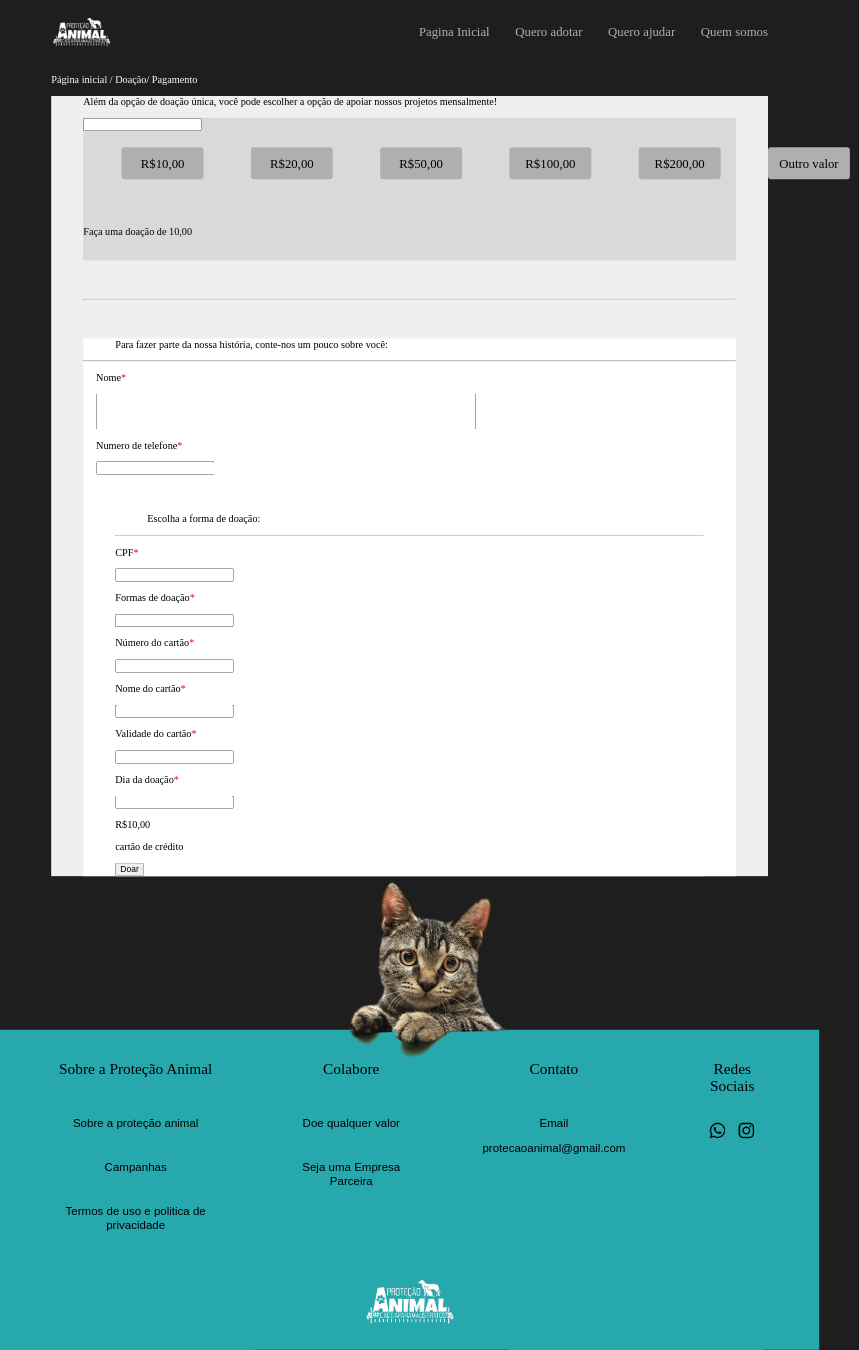
Repository: edjunior-nascimento/protecao-animal-web
Page: src/pages/formulario-doacao/index.html
These files come from the project's save history. The page is drawn as it stood at one moment and after the next save; the edit follows.
The browser window is 1280 px wide. The page is 1342 px wide, so the pictures cover 1342 px, including what lies to the right of the window. The pictures show the whole page, at 64% of full size.

Above is the page before, as saved 2025-03-07 03:37:08.

### src/pages/formulario-doacao/index.html
<!DOCTYPE html>
<html lang="pt">

<head>
    <meta charset="UTF-8">
    <meta name="viewport" content="width=device-width, initial-scale=1.0">
    <title>Proteção Animal</title>
    <link rel="preconnect" href="https://fonts.googleapis.com" />
    <link rel="preconnect" href="https://fonts.gstatic.com" crossorigin />
    <meta name="viewport" content="width=device-width, initial-scale=1.0" />
    <link rel="stylesheet" href="./style.css" />
    <link>
</head>

<body>
    <header>
        <div><img class="logo" src="/src/pages/images/logo.png" alt="logo Protecao animal" /></div>
        <nav>
            <ul>
                <li>
                    <a href="#">
                        <p>Pagina Inicial</p>
                    </a>
                </li>
                <li>
                    <a href="#">
                        <p>Quero adotar</p>
                    </a>
                </li>
                <li>
                    <a href="#">
                        <p>Quero ajudar</p>
                    </a>
                </li>
                <li>
                    <a href="#">
                        <p>Quem somos</p>
                    </a>
                </li>
            </ul>
        </nav>
    </header>
    <main>
        <div class="title">
            <p>Página inicial / Doação/ Pagamento</p>
        </div>
        <div class="container">
            <div class="sub-title">
                <p>Além da opção de doação única, você pode escolher a opção de apoiar nossos projetos mensalmente!
                </p>
            </div>
            <div class="valor">
                <div class="cota">
                    <input type="text">
                </div>
                <nav class="cota-inicial">
                    <ul>
                        <li>
                            <a href="#">R$10,00</a>
                        </li>
                        <li>
                            <a href="#">R$20,00</a>
                        </li>
                        <li>
                            <a href="#">R$50,00</a>
                        </li>
                        <li>
                            <a href="#">R$100,00</a>
                        </li>
                        <li>
                            <a href="#">R$200,00</a>
                        </li>
                        <li>
                            <a href="#">Outro valor</a>
                        </li>
                    </ul>
                </nav>
                <div class="res"><span>Faça uma doação de 10,00</span>
                </div>
            </div>
            <hr class="pri-line">
            <div class="card">
                <div class="sub-title">
                    <p>Para fazer parte da nossa história, conte-nos um pouco sobre você:</p>
                </div>
                <hr>
                <div class="dados">
                    <form action="/send" method="post" target="_blank">
                        <label>
                            <p>Nome<span class="ast">*</span></p>
                            <input type="text" name="nome" id="nome" class="cadastro">
                        </label>
                        <label>
                            <p>Numero de telefone<span class="ast">*</span></p>
                            <input type="text" name="telefone" id="telefone">
                        </label>
                    </form>
                </div>
                <div class="card">
                    <div class="sub-title">
                        <p>Escolha a forma de doação:</p>
                    </div>
                    <hr>
                    <form action="/send" method="post" target="_blank">
                        <label>
                            <p>CPF<span class="ast">*</span></p>
                            <input type="number" name="cpf" id="cpf">
                        </label>
                        <label>
                            <p>Formas de doação<span class="ast">*</span></p>
                            <input type="text" name="forme-doacao" id="forme-doacao"></p>
                        </label>
                        <label>
                            <p>Número do cartão<span class="ast">*</span></p>
                            <input type="number" name="cartao" id="cartao">
                        </label>
                        <label>
                            <p>Nome do cartão<span class="ast">*</span></p>
                            <input type="text" name="nome-cartao" id="nome-cartao">
                        </label>
                        <label>
                            <p>Validade do cartão<span class="ast">*</span></p>
                            <input type="text" name="" id="">
                        </label>
                        <label>
                            <p>Dia da doação<span class="ast">*</span></p>
                            <input type="number" name="data" id="data">
                        </label>
                    </form>
                    <div class="resultado">
                        <div class="retorno">
                            <div class="res/doacao">
                                <p>R$10,00</p>
                            </div>
                            <div class="forma/pagamento">
                                <p>cartão de crédito</p>
                            </div>
                        </div>
                        <button>Doar</button>
                    </div>
                </div>
            </div>
        </div>
    </main>
    <div class="gato"><img src="/src/pages/images/gato.png" alt=""></div>
    <footer>
        <div class="footer-container">
            <div class="footer-primary">
                <div class="footer-section-1">
                    <div>
                        <h4>Sobre a Proteção Animal</h4>
                    </div>
                    <div>
                        <p><a href="">Sobre a proteção animal</a></p>
                    </div>
                    <div>
                        <p><a href="">Campanhas</a></p>
                    </div>
                    <div>
                        <p><a href="">Termos de uso e politica de privacidade</a></p>
                    </div>
                </div>
                <div class="footer-section-2">
                    <div>
                        <h4>Colabore</h4>
                    </div>
                    <div>
                        <p><a href="">Doe qualquer valor</a></p>
                    </div>
                    <div>
                        <p><a href="">Seja uma Empresa Parceira</a></p>
                    </div>
                </div>
                <div class="footer-section-3">
                    <div>
                        <h4>Contato</h4>
                    </div>
                    <div>
                        <p>Email</p>
                        <p><a href="mailto:protecaoanimal@gmail.com">protecaoanimal@gmail.com</a></p>
                    </div>
                </div>
                <div class="footer-section-4">
                    <div>
                        <h4>Redes Sociais</h4>
                    </div>
                    <div class="social-icons">
                        <div>
                            <a href=""><img src="/src/pages/images/whatsAppIcon.png" alt="" /></a>
                        </div>
                        <div>
                            <a href=""><img src="/src/pages/images/instagramIcon.png" alt="" /></a>
                        </div>
                    </div>
                </div>
            </div>
        </div>
        <div class="footer-secondary">
            <img src="/src/pages/images/logo.png" alt="" />
        </div>
    </footer>
</body>

</html>

### src/pages/formulario-doacao/style.css
:root {
    --main-bg-color: #1e1e1e;
    --title-color: #27a8ad;
    --subtitle-color: #ffffff;
    --box-color: #ffffff;
    --link-nav-color: #ffffff;
    --card-title-color: #27a8ad;
    --footer-background: #27a8ad;
    --footer-font-color: #000000;
    --maim-color: #EFEFEF;
    --card-nav-color:#D9D9D9;
    --nav-valor:#B0AFAF;
    --asterisco-color: red;
  }
  body {
    height: max-content;
    font-family: "Jockey One", serif;
    font-style: normal;
    margin: 0px;
    padding: 0px;
    background-color: var(--main-bg-color);
  }

  a {
    text-decoration: none;
  }

  header {
    height: 100px;
    display: flex;
    flex-direction: row;
    justify-content: space-between;
    padding-inline: 80px
  }
  header div {
    display: flex;
    align-items: center;
  }
  .logo {
    height: 95px;
    width: auto;
  }
  nav {
    width: auto;
    height: 100px;
    display: flex;
    align-items: center;
  }
  nav ul {
    list-style-type: none;
    display: flex;
    gap: 40px;
  }
  nav ul li a {
    color: var(--nav-valor);
    font-size: 20px;
    background-color: var(--card-nav-color);
  }


main {
  background-color:var(--main-bg-color) ;
  padding-left: 80px;
  padding-right: 80px;
}
  .sub-title {
    margin-left: 50px;
  }
.cota-inicial a {
  color: var(--footer-font-color);
  width: 128px;
  height: 50px;
  display: inline-block;
  text-align: center;
  line-height: 50px;
  background-color: var(--nav-valor);
  margin-left: 20px;
  border-radius: 5px;
}
.cota-inicial li {
  height: 50px;
  width: 162px;
}
.cota-inicial li :hover {
  background-color: var(--footer-background);
  color: var(--box-color);
}
.res {
  margin-top: 48px;
  padding-bottom: 36px;
}
  .pri-line {
    margin-top: 60px;
    margin-left: 50px;
    margin-right: 50px;
  }
  .card {
    margin-top: 60px;
    margin-left: 50px;
    margin-right: 50px;
  }
  .ast {
    color: var(--asterisco-color);
  }
.container {
  background-color: var(--maim-color);
}
.title {
  color: var(--subtitle-color);
}
.valor {
  margin-left: 50px;
  margin-right: 50px;
  background-color: var(--card-nav-color);
}
.valor nav {
  width: 100%;
}
.card {
  background-color: var(--box-color);
}
.dados {
  margin-left: 20px;
}
.cadastro {
  width: 586px;
  height: 50px;
}

  .gato {
    margin-left: 42%;
    margin-bottom: -25px;
    height: 265px;
    max-width: auto;}

  footer {
    height: 500px;
    max-height: auto;
    background-color: var(--footer-background);
    padding-inline: 80px;
  }

  .footer-container {
      width: auto;
      height: 70%;
      display: flex;
      align-items: center;
      justify-content: center;
  }

  .footer-primary {
    display: flex;
    flex-direction: row;
    gap: 111px;
    align-items: flex-start;
    justify-content: center;
  }

  .footer-primary p a {
      color: var(--footer-font-color);
      font-family: "Arial", sans-serif;
  }

  .footer-primary h4 {
    font-size: 24px;
    font-weight: 400;
  }

  .footer-primary p {
      font-size: 18px;
      font-weight: 400;
      font-family: "Arial", sans-serif;
  }

  .footer-secondary {
    width: auto;
    height: 30%;
    display: flex;
    align-items: center;
    justify-content: center;
  }

  .footer-secondary img {
      height: 145px;
      width: auto
  }

  .footer-section-1, .footer-section-2, .footer-section-3, .footer-section-4 {
      display: flex;
      flex-direction: column;
      text-align: center;
      gap: 12px;
  }

  .footer-section-4 {
      align-items: center;
  }

  .social-icons {
      display: flex;
      flex-direction: row;
      gap: 20px;
  }

After the next save:
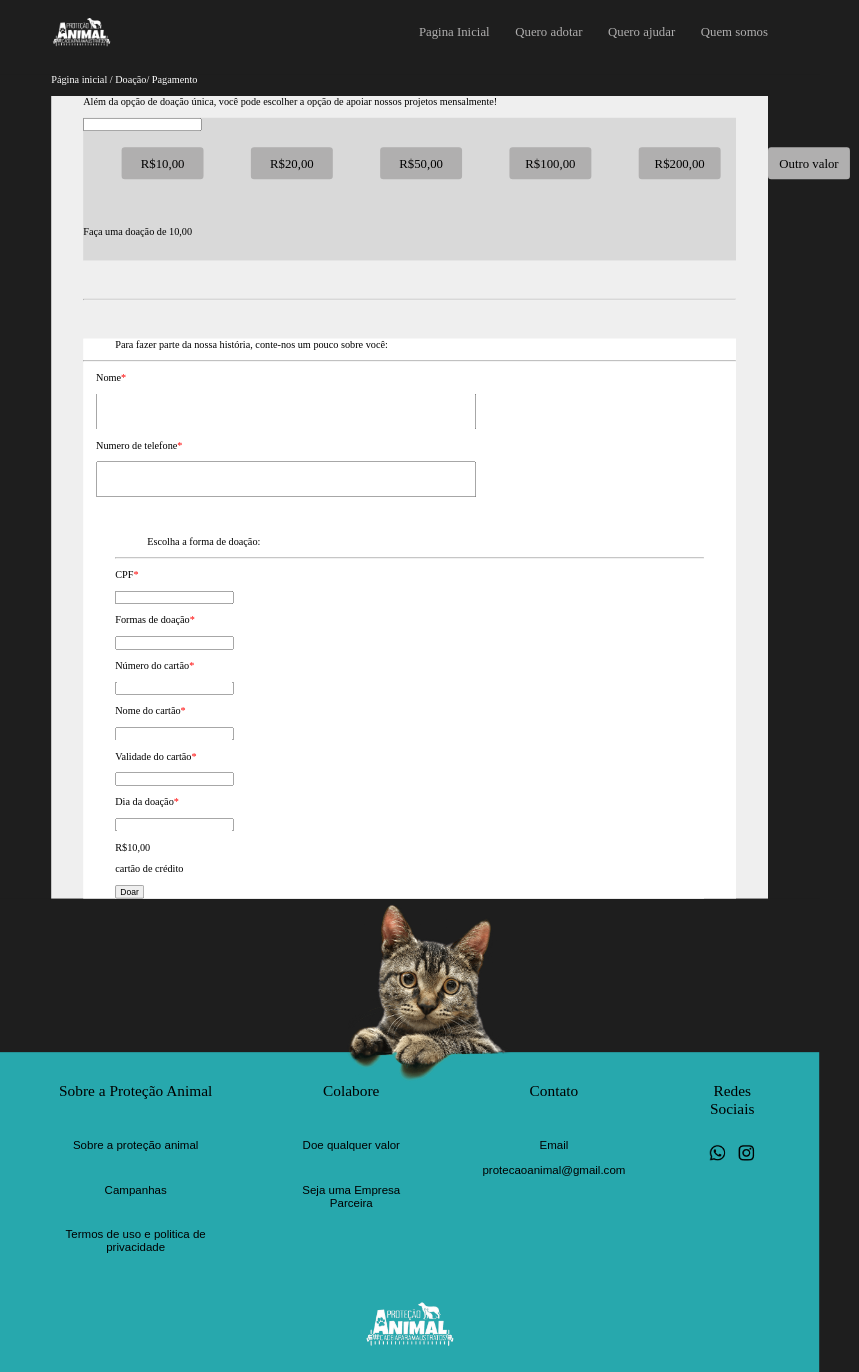
Saved 11 s later.
--- a/src/pages/formulario-doacao/index.html
+++ b/src/pages/formulario-doacao/index.html
@@ -92,7 +92,7 @@
                         </label>
                         <label>
                             <p>Numero de telefone<span class="ast">*</span></p>
-                            <input type="text" name="telefone" id="telefone">
+                            <input type="text" name="telefone" id="telefone" class="cadastro">
                         </label>
                     </form>
                 </div>
